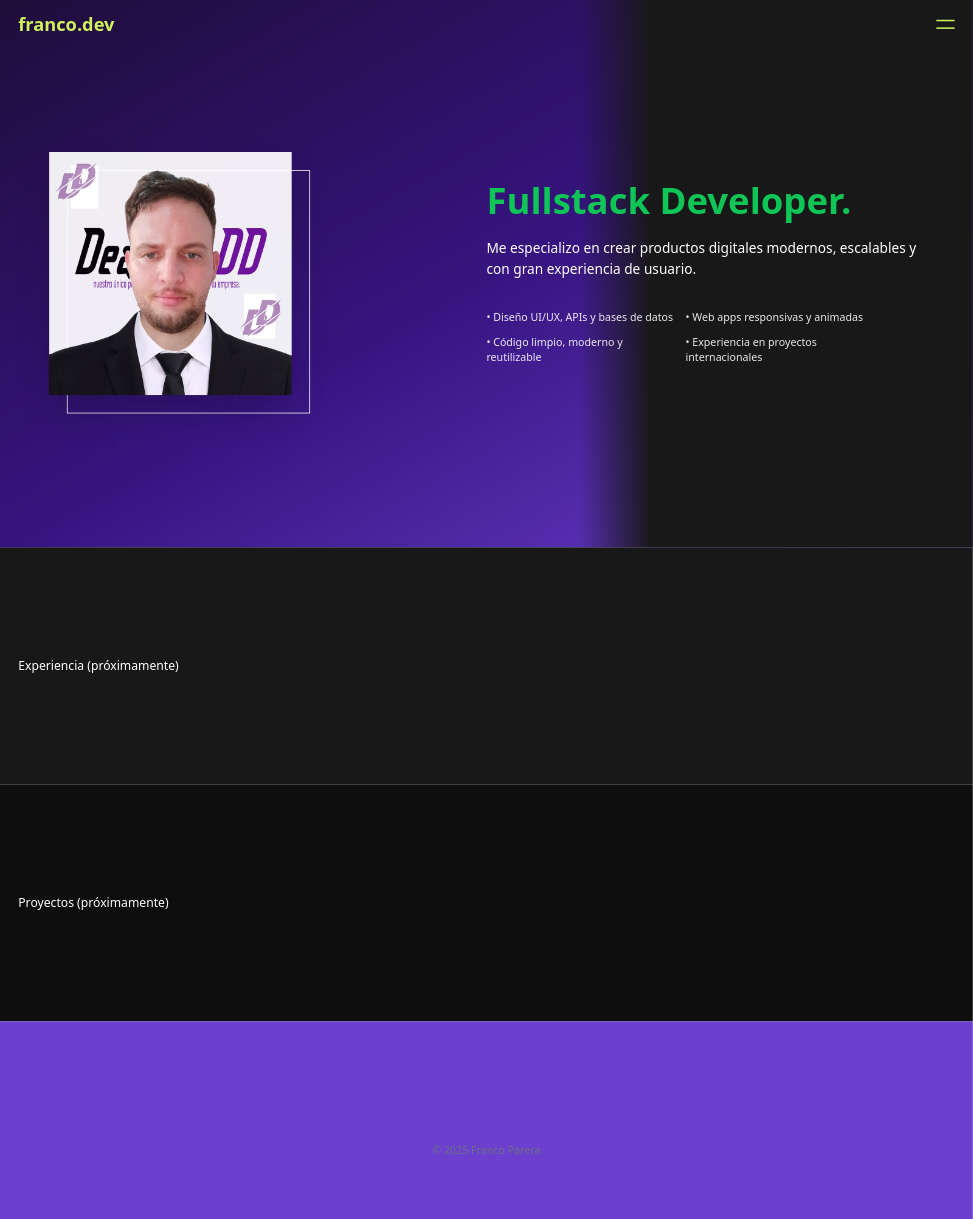
Repository: francoluca35/portfolio-franco-dev
Page: /
The author's editor kept a copy of each file at every save. The page is drawn from the files as they stood at one save, then again after the next save.
The browser window is 1280 px wide. The pictures show the whole page, at 76% of full size.
The project was rebuilt for these pictures with package versions that can differ from the ones it lists, and the page was loaded fresh each time. The framework's server and built-in components were replaced by stand-ins that run in the browser. Also part of the build but not shown: next.config.js.

Above is the page before, as saved 2025-05-06 01:38:31.

After the next save:
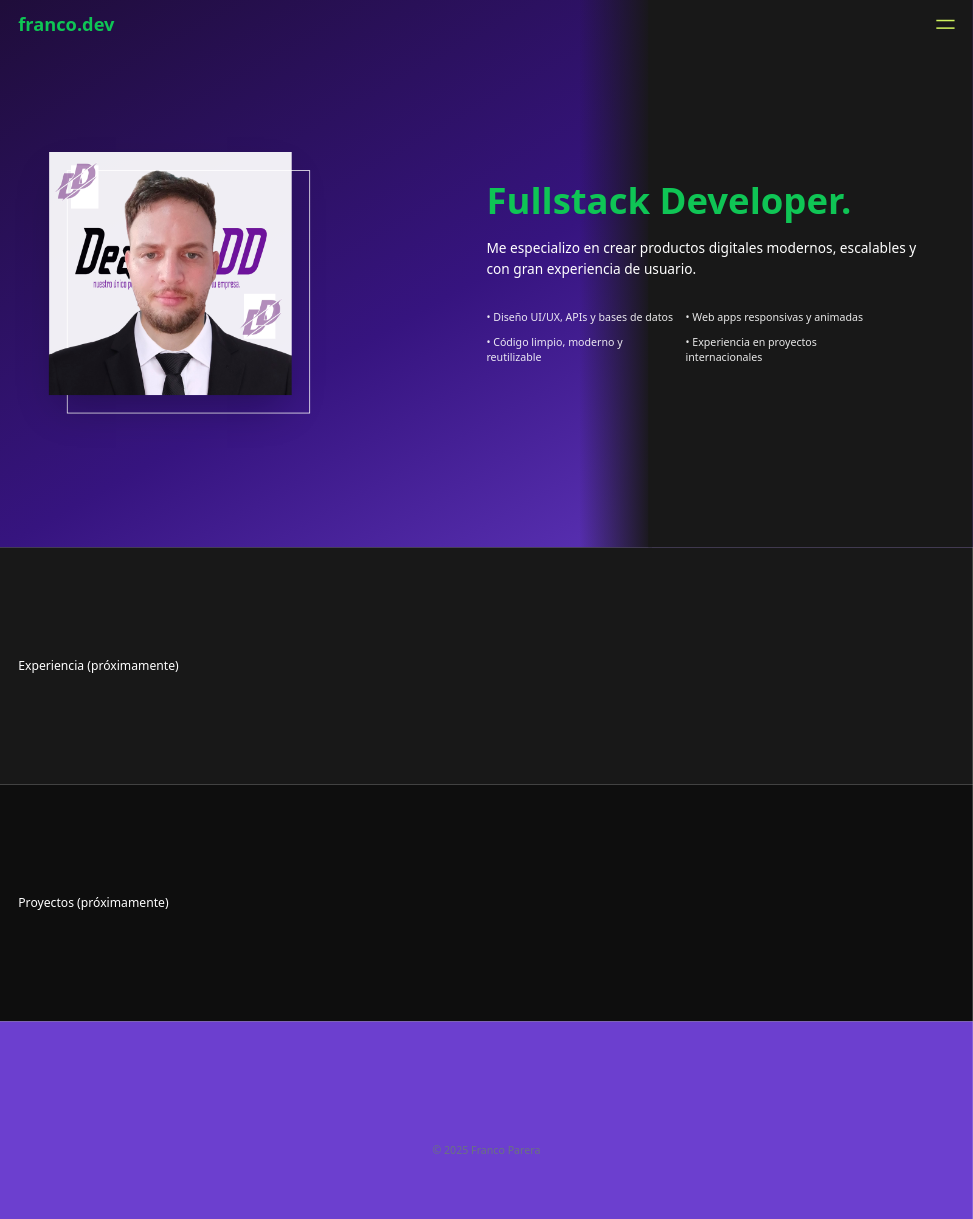
Saved 32 s later.
--- a/components/Nav.jsx
+++ b/components/Nav.jsx
@@ -24,7 +24,7 @@ export default function Nav() {
           scrolled ? "bg-[#570c6c4b] shadow-lg" : "bg-transparent"
         }`}
       >
-        <h1 className="text-2xl font-bold text-[#CFF25C]">franco.dev</h1>
+        <h1 className="text-2xl font-bold text-[#0fc555]">franco.dev</h1>
 
         <button onClick={() => setIsOpen(true)} className="space-y-2">
           <span className="block w-6 h-0.5 bg-[#CFF25C]"></span>
